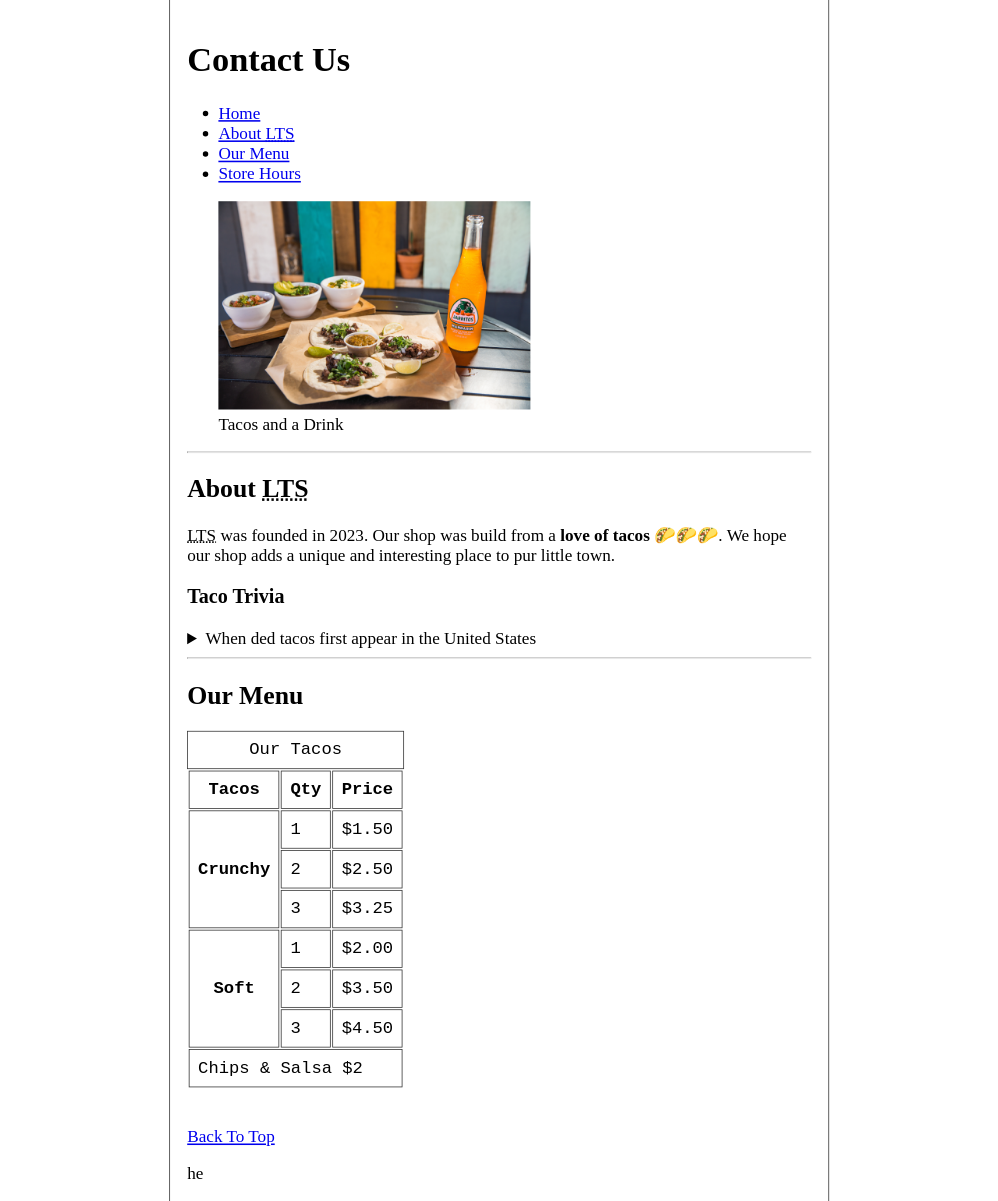
Repository: JavaProgrammerFromEastEurope/project-html-full-tutorial
Page: 10_lesson/contact.html
These files come from the project's save history. The page is drawn as it stood at one moment and after the next save; the edit follows.
The browser window is 1280 px wide. The pictures show the whole page, at 78% of full size.

Above is the page before, as saved 2023-04-07 05:31:00.

After the next save:
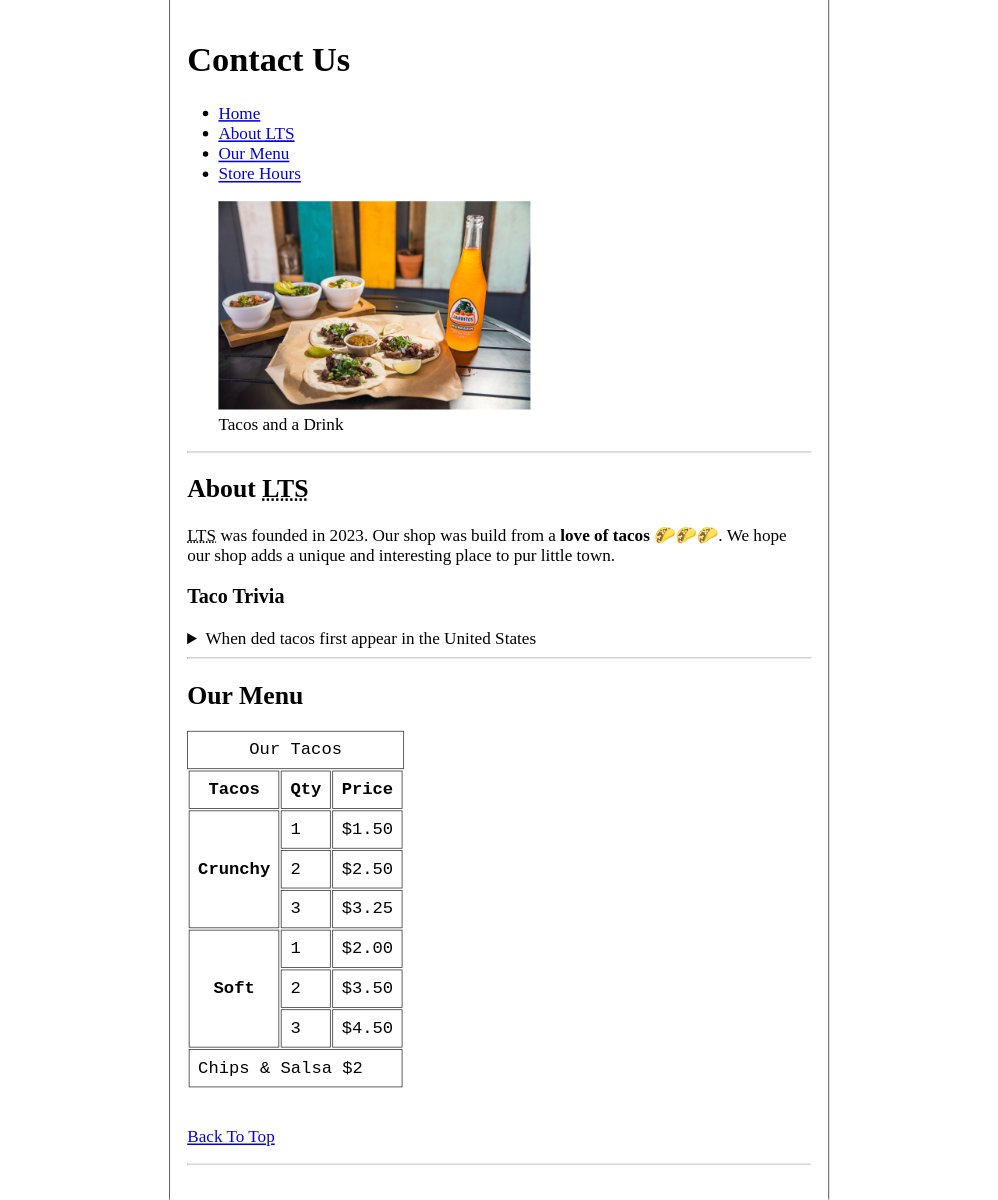
Saved 6 s later.
--- a/10_lesson/contact.html
+++ b/10_lesson/contact.html
@@ -122,6 +122,9 @@
         </p>
       </article>
     </main>
-		he
+		<hr>
+		<footer>
+			<p></p>
+		</footer>
   </body>
 </html>
